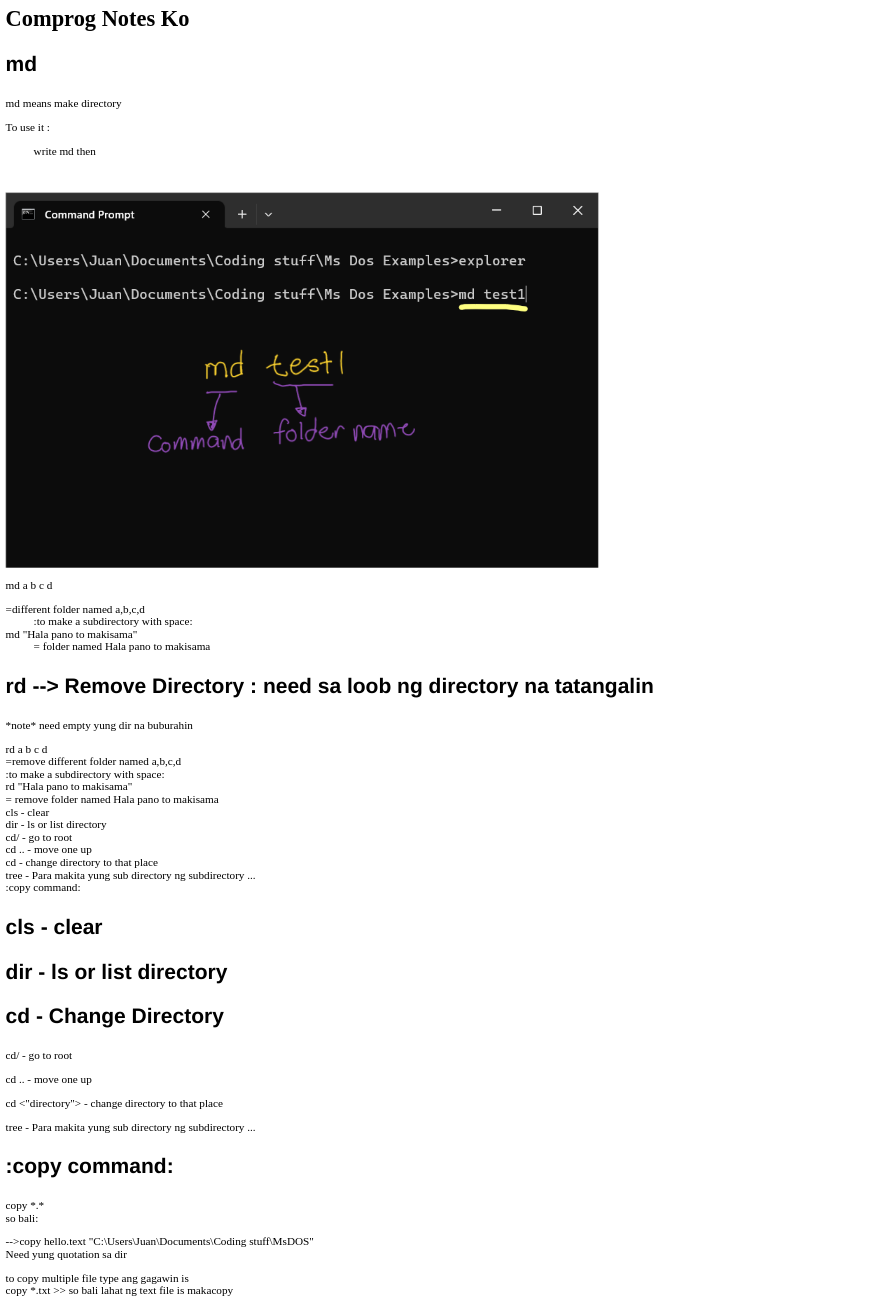
Repository: zwainer/Comprog
Page: index.html
An editor plug-in stored every save of this project. The page is shown before and after a run of saves, followed by the edit.
The browser window is 1280 px wide. The pictures show the whole page, at 70% of full size.

Above is the page before, as saved 2023-05-05 22:30:42.

### index.html
<html>
	<head>
		<link rel="stylesheet" href="index.css">
	</head>

	<h1>Comprog Notes Ko</h1>

	<p class="StartCommand">
		md
		<br/>

	</p>

	<p>md means make directory
		<br/>
	</p>
	<p>To use it :
		<dl>
			<dd>
				write md then
			</dd>

			<dt>

			</dt>
		</dl>

	<br/>
	</p>

	<img src="pictures/1_1.png">

	<p>md a b c d  <br/></p>

	<dl>
<dt>=different folder named a,b,c,d<br/></dt>

	<dd>:to make a subdirectory with space:<br/></dd>

	<dt>md "Hala pano to makisama"<br/></dt>
		<dd>= folder named Hala pano to makisama<br/></dd>
</dl>

<p class="StartCommand">rd --> Remove Directory : need sa loob ng directory na tatangalin<br/></p>


	<p>
		*note* need empty yung dir na buburahin
		<br/>
	</p>

		rd a b c d <br/>

		=remove different folder named a,b,c,d<br/>

	:to make a subdirectory with space:<br/>

	rd "Hala pano to makisama"<br/>

		= remove folder named Hala pano to makisama	<br/>



cls - clear<br/>

dir - ls or list directory<br/>

cd/ - go to root<br/>

cd .. - move one up<br/>

cd <directory> - change directory to that place<br/>

tree - Para makita yung sub directory ng subdirectory ...<br/>

:copy command:<br/>
<p class="StartCommand">cls - clear<br/></p>

<p class="StartCommand">dir - ls or list directory<br/></p>

<p class="StartCommand">cd - Change Directory<br/></p>


<p >cd/ - go to root<br/></p>

<p>cd .. - move one up<br/></p>

<p >cd <"directory"> - change directory to that place<br/></p>

<p >tree - Para makita yung sub directory ng subdirectory ...<br/></p>

<p class="StartCommand">:copy command:<br/></p>


copy *.*<br/>

	so bali: <br/>
		<p>
				-->copy hello.text "C:\Users\Juan\Documents\Coding stuff\MsDOS"<br/>
			Need yung quotation sa dir
			<br/>
		</p>

		<p>
	to copy multiple file type ang gagawin is </br>
	copy *.txt >> so bali lahat ng text file is makacopy</br>



		</p>
</html>

### index.css
.StartCommand{
    font-size: 30px;
    font-family: 'Franklin Gothic Medium';
    font-weight: bold;
}

After the next 2 saves:
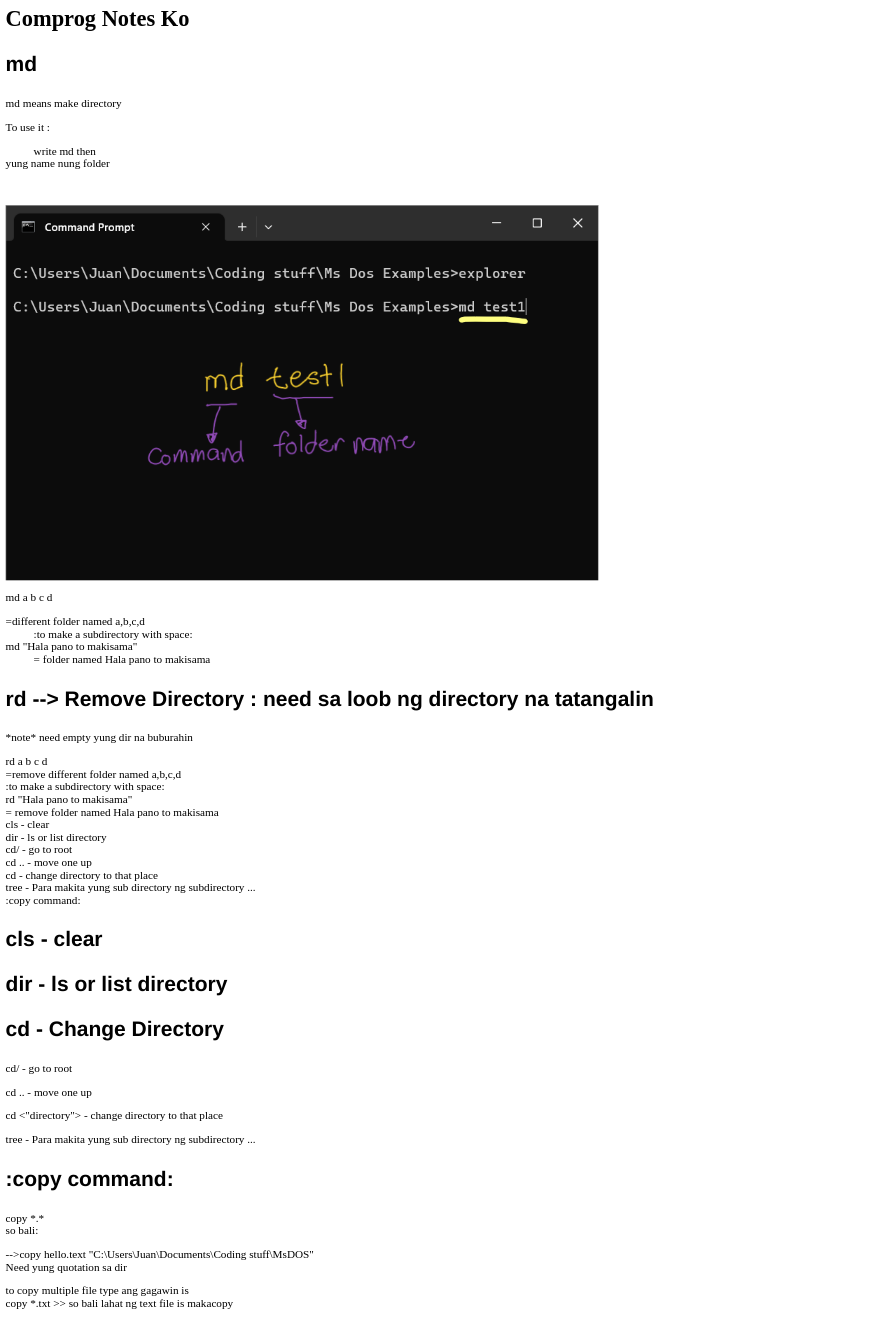
The 2 saves are shown as one change because they came seconds apart.
The last was saved 10 s later.
--- a/index.html
+++ b/index.html
@@ -21,7 +21,7 @@
 			</dd>
 
 			<dt>
-
+				yung name nung folder
 			</dt>
 		</dl>
 
